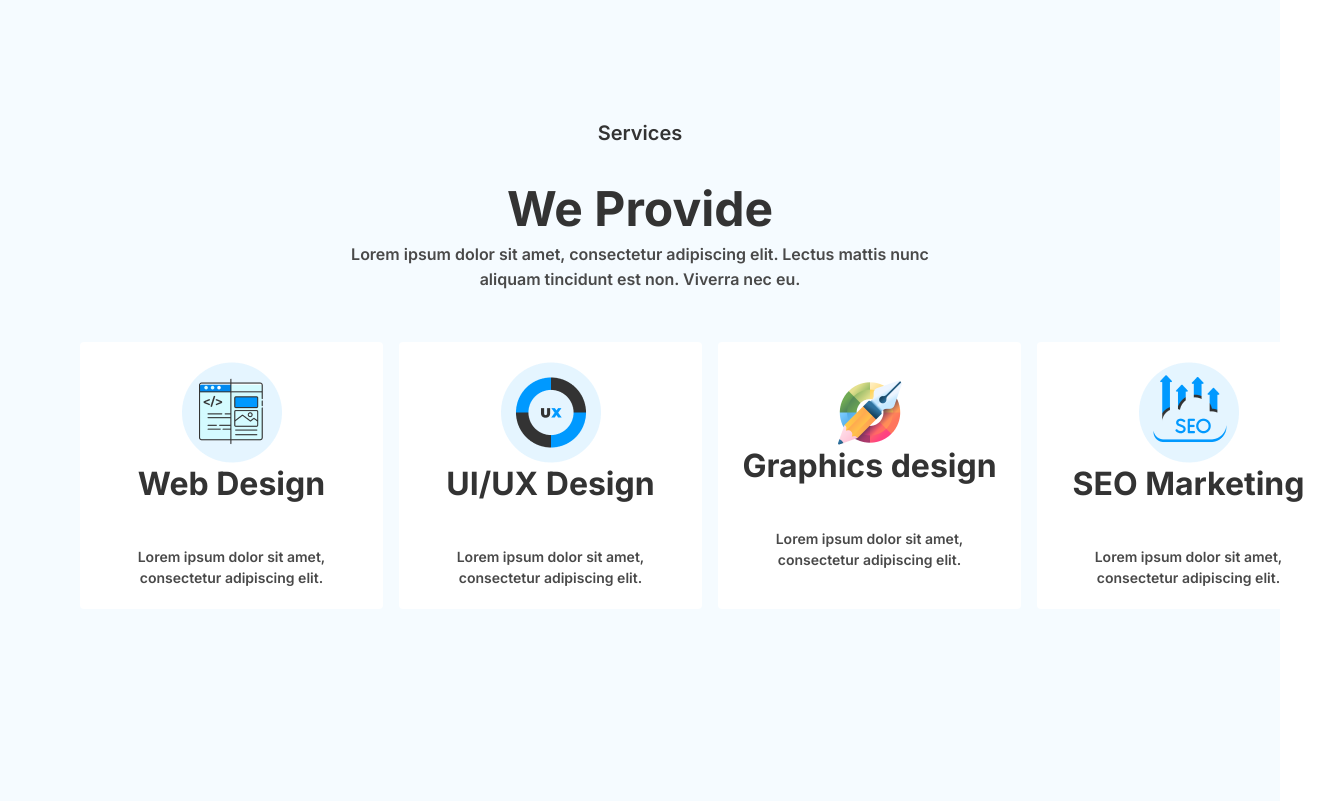
Repository: kubrazamanova/Agencywebsite
Page: servicePage/index.html
An editor plug-in stored every save of this project. The page is shown before and after the next save, followed by the edit.
The browser window is 1280 px wide. The page is 1340 px wide, so the pictures cover 1340 px, including what lies to the right of the window. The pictures show the whole page.

Above is the page before, as saved 2023-10-03 19:27:49.

After the next save:
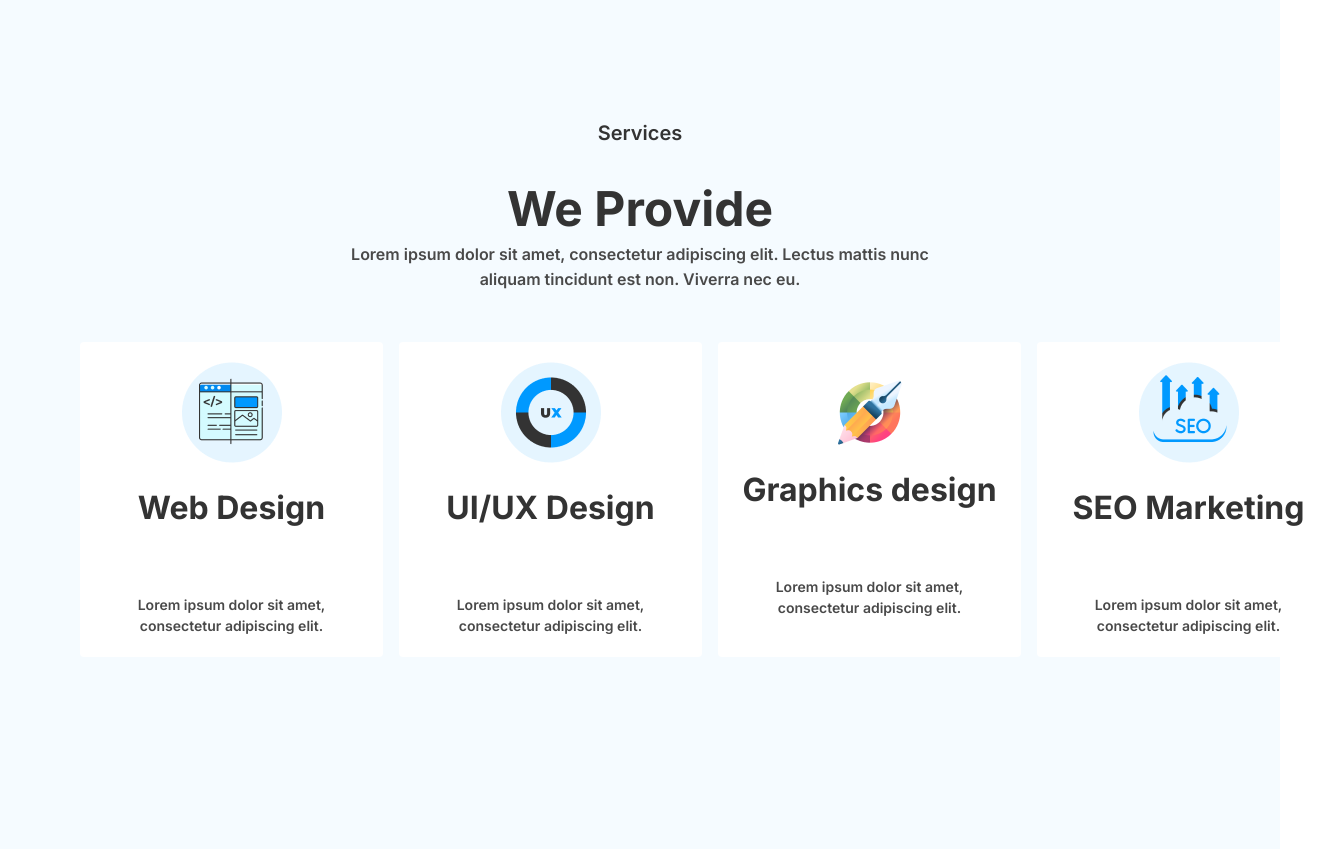
Saved 16 s later.
--- a/servicePage/index.css
+++ b/servicePage/index.css
@@ -71,7 +71,7 @@ ul li {
   flex-direction: column;
   justify-content: center;
   align-items: center;
-  /* gap: 24px; */
+  gap: 24px;
 }
 
 ul li b {
